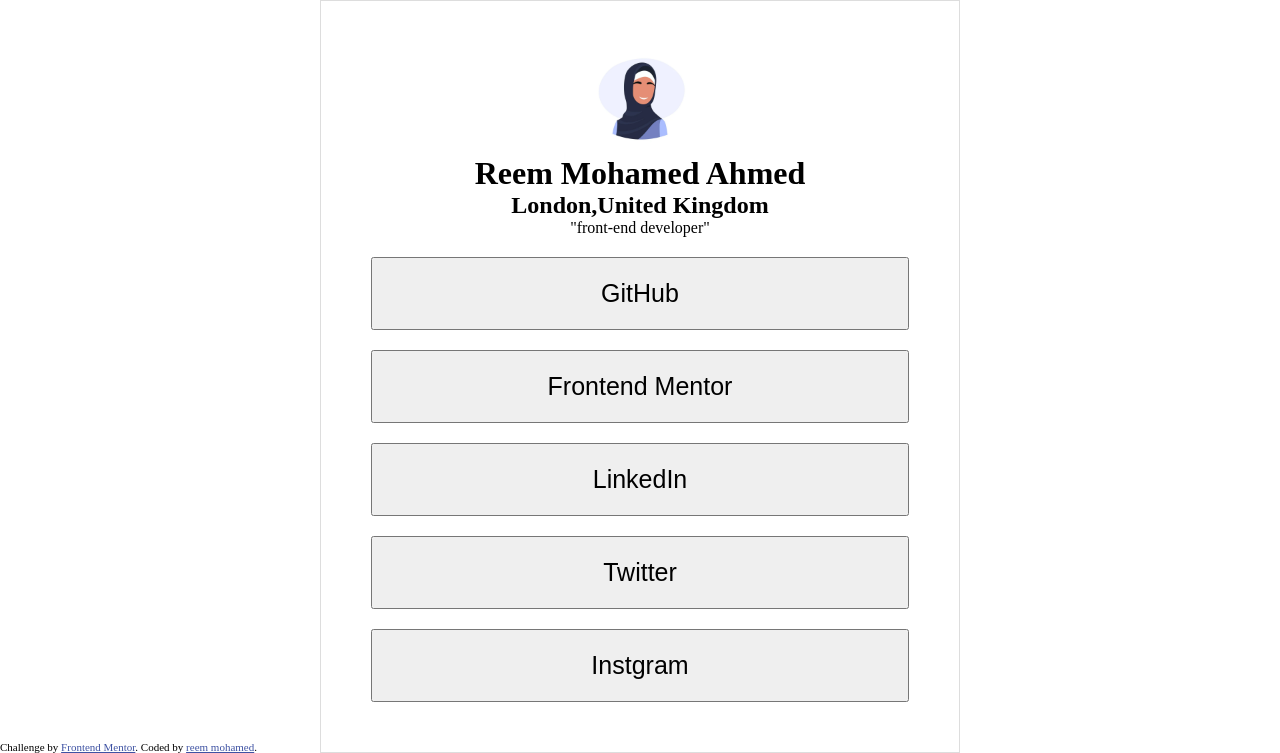
Repository: reemoon-ctrl/social_links_profile_main
Page: index.html
These files come from the project's save history. The page is drawn as it stood at one moment and after a run of saves; the edit follows.
The browser window is 1280 px wide. The pictures show the whole page.

Above is the page before, as saved 2024-07-23 10:22:26.

### index.html
<!DOCTYPE html>
<html lang="en">
<head>
  <meta charset="UTF-8">
  <meta name="viewport" content="width=device-width, initial-scale=1.0"> <!-- displays site properly based on user's device -->

  <link rel="icon" type="image/png" sizes="32x32" href="./assets/images/favicon-32x32.png">

  <title>Frontend Mentor | Social links profile</title>

  <!-- Feel free to remove these styles or customise in your own stylesheet 👍 -->
  <style>
    .attribution { font-size: 11px; text-align: center; }
    .attribution a { color: hsl(228, 45%, 44%); }
  </style>
  <link rel="stylesheet" href="index.css"/>
</head>
<body>
  <main>
    <div class="position-container">
      <div class="container">
      <div class="head-container">
      <img src="/depositphotos_668859444-stock-illustration-arab-woman-face-covered-hijab.jpg" alt="person-img">
      <h1>Reem Mohamed Ahmed</h1>
      <h2>London,United Kingdom</h2>
      <p>"front-end developer"</p>
      </div>
      <div class="form-container">
      <button>GitHub</button>
      <button>Frontend Mentor</button>
      <button>LinkedIn</button>
      <button>Twitter</button>
      <button>Instgram</button>
      </div>
    </div>
    </div>
 </main>
 <footer>
    <div class="attribution">
      Challenge by <a href="https://www.frontendmentor.io?ref=challenge" target="_blank">Frontend Mentor</a>.
      Coded by <a href="https://www.frontendmentor.io/reemoon-ctrl">reem mohamed</a>.
    </div>
 </footer>
</body>
</html>

### index.css
*{
    box-sizing: border-box;
    margin:0px;
    padding: 0px;
}

body{
    position: relative;

    min-height: 100vh;

}
.position-container{
    display: flex;
    flex-direction: column;
    border:1px solid #ddd;
    margin :auto;
    width: 50%;
    padding:50px;
    min-height:100vh;
    align-items: center;
    justify-content: center;
    text-align: center;
    background:
}

.form-container button{
    font-size: 25px;
    width:100%;
    padding:20px;
}
img{
    width: 100px;
    height: 100px;
    border-radius:20px ;
}
button{
    margin-top: 20px;
}
footer{
    position: absolute;
    bottom: 0px;
    margin: auto;
}

After the next 2 saves:
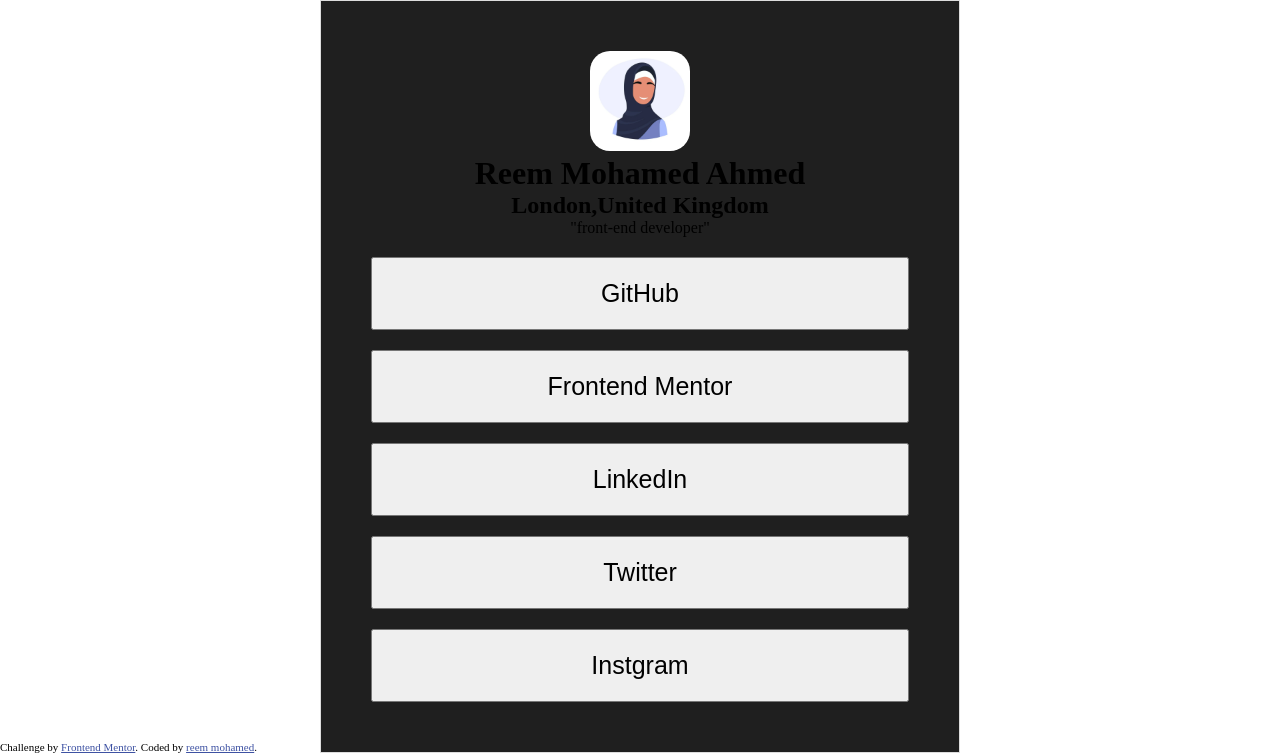
The 2 saves are shown as one change because they came seconds apart.
The last was saved 20 s later.
--- a/index.css
+++ b/index.css
@@ -21,7 +21,7 @@ body{
     align-items: center;
     justify-content: center;
     text-align: center;
-    background:
+    background:hsl(0, 0%, 12%);
 }
 
 .form-container button{
